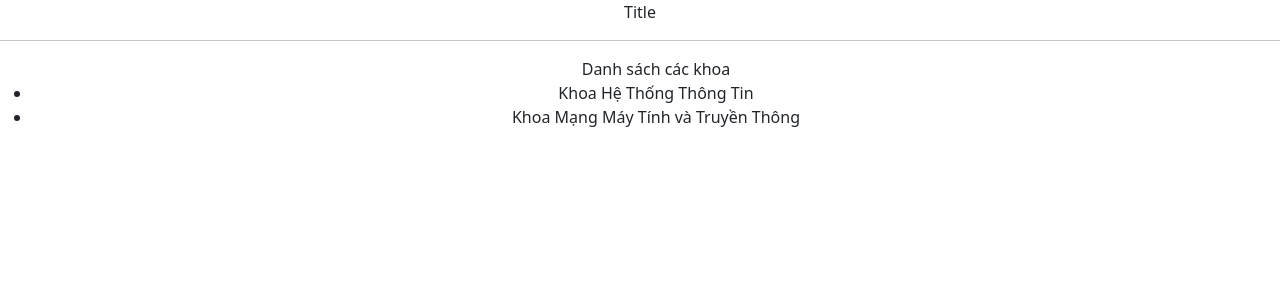
Repository: hoapham2k2/bai_tap_thuc_hanh_is207.n12
Page: index.html
These files come from the project's save history. The page is drawn as it stood at one moment and after the next save; the edit follows.
The browser window is 1280 px wide. The pictures show the whole page.

Above is the page before, as saved 2022-09-19 08:45:38.

### index.html
<!DOCTYPE html>
<html lang="en">

<head>
    <meta charset="UTF-8">
    <meta http-equiv="X-UA-Compatible" content="IE=edge">
    <meta name="viewport" content="width=device-width, initial-scale=1.0">
    <!-- Latest compiled and minified CSS -->
    <link href="https://cdn.jsdelivr.net/npm/bootstrap@5.2.1/dist/css/bootstrap.min.css" rel="stylesheet">

    <!-- Latest compiled JavaScript -->
    <script src="https://cdn.jsdelivr.net/npm/bootstrap@5.2.1/dist/js/bootstrap.bundle.min.js"></script>

    <title>Document</title>

    <style>
        *,
        *::before,
        *::after {
            box-sizing: border-box;
        }

        * {
            margin: 0;
            padding: 0;
            font: inherit;
        }

        body {
            line-height: 1.5;
        }

        img,
        picture,
        video,
        canvas,
        svg {
            display: block;
            max-width: 100%;
        }

        input,
        button,
        textarea,
        select {
            outline: none;
        }

        p,
        h1,
        h2,
        h3,
        h4,
        h5,
        h6 {
            overflow-wrap: break-word;
        }
    </style>
</head>

<body>

    <div class="wrapper text-center">
        <div class="wrapper_header">
            <div class="wrapper_header_logo"></div>
            <div class="wrapper_header_title">Title</div>
        </div>
        <hr>
        <div class="wrapper_body">
            <ul class="wrapper_list_1st">Danh sách các khoa
                <li class="wrapper_item">Khoa Hệ Thống Thông Tin</li>
                <li class="wrapper_item">Khoa Mạng Máy Tính và Truyền Thông</li>

            </ul>
        </div>
</body>

</html>

After the next save:
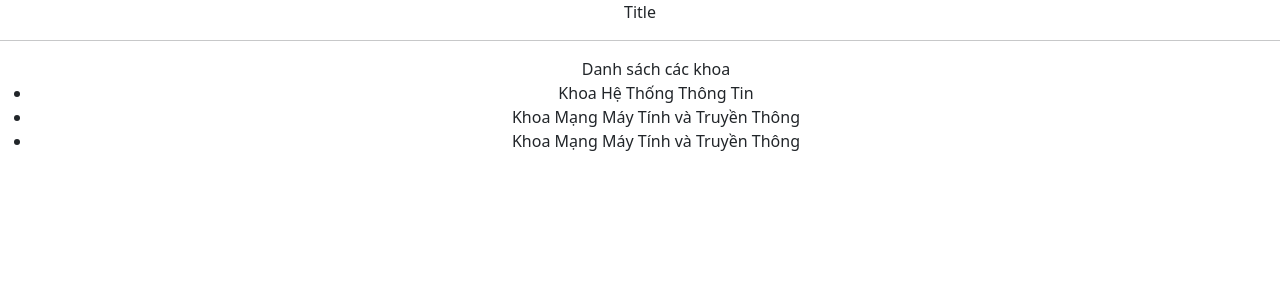
Saved 33 s later.
--- a/index.html
+++ b/index.html
@@ -70,6 +70,7 @@
             <ul class="wrapper_list_1st">Danh sách các khoa
                 <li class="wrapper_item">Khoa Hệ Thống Thông Tin</li>
                 <li class="wrapper_item">Khoa Mạng Máy Tính và Truyền Thông</li>
+                <li class="wrapper_item">Khoa Mạng Máy Tính và Truyền Thông</li>
 
             </ul>
         </div>
